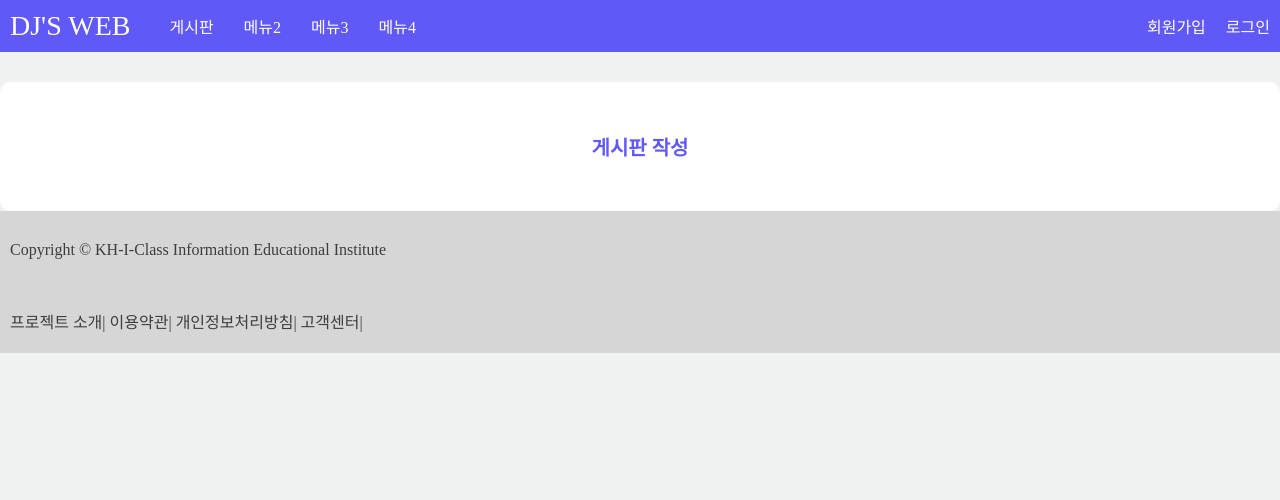
Repository: Godzilla-Man/codingStudy
Page: http://localhost/server_06_notice/notice/writeFrm
These files come from the project's save history. The page is drawn as it stood at one moment and after the next save; the edit follows.
The browser window is 1280 px wide. The pictures show the whole page.
Some web fonts or font styles are not loaded; a fallback is used. The page is served by Tomcat 9. Other server files are loaded and not shown.

Above is the page before, as saved 2025-05-09 02:25:40.

### server_06_notice/src/main/webapp/WEB-INF/views/notice/writeFrm.jsp
<%@ page language="java" contentType="text/html; charset=UTF-8"
    pageEncoding="UTF-8"%>
<!DOCTYPE html>
<html>
<head>
<meta charset="UTF-8">
<title>Insert title here</title>
</head>
<body>
	<div class="wrap">
		<jsp:include page="/WEB-INF/views/common/header.jsp"></jsp:include>
		<main class="content notice-write-container">
			<section class="section notice-write-wrap">
				<div class="page-title">게시판 작성</div>
				<form action="/notice/write"
					  method="post" <%-- 첨부파일 업로드 시, method는 무조건 post로 지정하고, enctype은 multipart로 지정해야 함. --%>
					  enctype="multipart/form-data">
			  	</form>
			</section>
		<jsp:include page="/WEB-INF/views/common/footer.jsp"></jsp:include>
		</main>
	</div>
</body>
</html>

### server_06_notice/src/main/webapp/WEB-INF/views/common/header.jsp
<%@ page language="java" contentType="text/html; charset=UTF-8"
    pageEncoding="UTF-8"%>
<%@ taglib uri="http://java.sun.com/jsp/jstl/core" prefix="c" %>
<link rel="stylesheet" href="/resources/css/default.css">
<link href="https://fonts.googleapis.com/icon?family=Material+Icons" rel="stylesheet">
<script src="https://code.jquery.com/jquery-3.7.1.min.js"></script>
<script src="/resources/js/sweetalert.min.js"></script>

<header class="header">
	<div>
		<div class="logo">
			<a href="/">DJ'S WEB</a>
		</div>
		<nav class="nav">
			<ul>
				<li>
					<a href="/notice/getList?reqPage=1">게시판</a>
				</li>
				<li>
					<a href="#">메뉴2</a>
				</li>
				<li>
					<a href="#">메뉴3</a>
				</li>
				<li>
					<a href="#">메뉴4</a>
				</li>
			</ul>
		</nav>
		<ul class="user-menu">
			<%-- 세션에 로그인 회원 정보 등록 여부에 따라 다른 메뉴 출력 --%>
			<c:choose>
				<c:when test="${empty sessionScope.loginMember}">
					<li>
						<a href="/member/joinFrm">회원가입</a>
					</li>
					<li>
						<a href="/member/loginFrm">로그인</a>
					</li>
				</c:when>
				<c:otherwise>
					<li>
						<a href="/member/myPage">마이페이지</a>
					</li>
					<li>
						<a href="/member/logout">로그아웃</a>
					</li>
				</c:otherwise>
			</c:choose>
		</ul>
	</div>
</header>

### server_06_notice/src/main/webapp/WEB-INF/views/common/footer.jsp
<%@ page language="java" contentType="text/html; charset=UTF-8"
    pageEncoding="UTF-8"%>
<footer class="footer">
	<div>
		<p>Copyright &copy; KH-I-Class Information Educational Institute</p>
	</div>
	<div>
		<a href="#">프로젝트 소개</a><span>|</span>
		<a href="#">이용약관</a><span>|</span>
		<a href="#">개인정보처리방침</a><span>|</span>
		<a href="#">고객센터</a><span>|</span>
	</div>
</footer>

### server_06_notice/src/main/java/kr/or/iei/notice/controller/WriteFrmServlet.java
package kr.or.iei.notice.controller;

import java.io.IOException;

import javax.servlet.RequestDispatcher;
import javax.servlet.ServletException;
import javax.servlet.annotation.WebServlet;
import javax.servlet.http.HttpServlet;
import javax.servlet.http.HttpServletRequest;
import javax.servlet.http.HttpServletResponse;

/**
 * Servlet implementation class WriteFrmServlet
 */
@WebServlet("/notice/writeFrm")
public class WriteFrmServlet extends HttpServlet {
	private static final long serialVersionUID = 1L;

    /**
     * @see HttpServlet#HttpServlet()
     */
    public WriteFrmServlet() {
        super();
        // TODO Auto-generated constructor stub
    }

	/**
	 * @see HttpServlet#doGet(HttpServletRequest request, HttpServletResponse response)
	 */
	protected void doGet(HttpServletRequest request, HttpServletResponse response) throws ServletException, IOException {
		//1. 인코딩 - 필터
		//2. 값 추출
		//3. 로직
		//4. 결과 처리
		//4.1 이동할 페이지 경로 지정
		RequestDispatcher view = request.getRequestDispatcher("/WEB-INF/views/notice/writeFrm.jsp");
		//4.2 화면 구현에 필요한 데이터 등록
		//4.3 페이지 이동
		view.forward(request, response);
	}

	/**
	 * @see HttpServlet#doPost(HttpServletRequest request, HttpServletResponse response)
	 */
	protected void doPost(HttpServletRequest request, HttpServletResponse response) throws ServletException, IOException {
		// TODO Auto-generated method stub
		doGet(request, response);
	}

}

### server_06_notice/src/main/webapp/resources/css/default.css


:root {
  /*main color*/
  --main1: #3d3d3d;
  --main2: #6059f7;
  --main3: #6592fe;
  --main4: #36c3fe;
  --main5: #8c61ff;
  /*box-bg*/
  --box-bg: #f0f1f1;
  /*gray*/
  --gray1: #222222;
  --gray2: #555555;
  --gray3: #717171;
  --gray4: #8f8f8f;
  --gray5: #b7b7b7;
  --gray6: #d6d6d6;
  --gray7: #efefef;
  --gray8: #ffffff;

  /*line-color*/
  --line1: #222222;
  --line2: #d6d6d6;
  --line3: #eaeced;
  --line4: #f6f6f6;
  --line5: #f8f9fa;
}
@font-face {
  font-family: ns-l;
  src: url(/resources/resources/font/NotoSansKR-Light.ttf);
}
@font-face {
  font-family: ns-r;
  src: url(/resources/font/NotoSansKR-Regular.ttf);
}
@font-face {
  font-family: ns-b;
  src: url(/resources/font/NotoSansKR-Bold.ttf);
}
@font-face {
  font-family: ns-black;
  src: url(/resources/font/NotoSansKR-Black.ttf);
}
* {
  margin: 0;
  padding: 0;
  outline: 20;
  font-family: ns-r;
  list-style-type: none;
  color : var(--main1);
}
a {
  text-decoration: none;
}
.wrap {
  min-height: 100vh;
  display: flex;
  flex-direction: column;
  min-width: 800px;
  position: relative;
  background-color: var(--box-bg);
}

.header {
  background-color: var(--main2);
  width: 100%;
  position: sticky;
  top: 0;
  z-index:1;
}
.header > div {
  padding: 10px;
  max-width: 1400px;
  margin: 0 auto;
  display: flex;
  align-items: center;
}
.header a {
  color: var(--gray8);
}
.logo {
  margin-right: 24px;
}
.logo > a {
  font-family: ns-black;
  font-size: 28px;
}
.nav {
  flex: 1;

}
.nav > ul {
  display: flex;
  align-items: center;
}
.nav > ul > li {
  margin: 0px 15px;
  position: relative;

}
.nav a,
.user-menu a {
  transition-duration: 0.3s;
}

.nav a:hover,
.user-menu a:hover {
  color: var(--gray1);
}

.nav .sub-menu {
  display: none;
  position: absolute;
  width: 130px;
  background-color: #fff;
  border: 1px solid var(--main2);
  border-radius: 5px;
  left: 10px;
  z-index: 1;
}

.sub-menu > li > a {
  color: var(--main2);
  padding: 10px;
  display: block;
}
.nav > ul > li:hover > .sub-menu {
  display: block;
}
.sub-menu > li > a:hover {
  background-color: var(--main2);
  color: var(--gray8);
}
.user-menu {
  display: flex;
}
.user-menu > li {
  margin-left: 20px;
}

.content {
  width: 100%;
  max-width: 1400px;
  margin: 30px auto;
  flex: 1;

}
.page-title {
  font-weight : bold;
  padding: 30px;
  text-align: center;
  font-family: ns-b;
  font-size: 20px;
  color: var(--main2);
}
.footer {
  background-color: var(--gray6);
}
.footer > div {
  max-width: 1400px;
  padding: 20px 10px;
  margin: 0 auto;
}
.footer > div > p {
  margin: 10px 0px;
  font-family: ns-b;
  font-size: 16px;
}

section.section {
  padding: 20px;
  border-radius: 10px;
  background-color: var(--gray8);
}
section.section.bg-section {
  background-color: var(--box-bg);
}

[class^="btn-"] {
  cursor: pointer;
  font-size: 14px;
  padding: 9px 20px;
  border: none;
  border-radius: 5px;
  font-family: ns-b;
}
.btn-primary {
  border: 1px solid var(--main3);
  background-color: var(--main3);
  color: var(--gray8);
}
.btn-primary:hover {
  background-color: rgba(101, 146, 254, 0.9);
}
.btn-secondary {
  border: 1px solid var(--gray4);
  background-color: var(--gray4);
  color: var(--gray8);
}
.btn-secondary:hover {
  background-color: rgba(143, 143, 143, 0.9);
}
.btn-point {
  border: 1px solid var(--main5);
  background-color: var(--main5);
  color: var(--gray8);
}
.btn-point:hover {
  background-color: rgba(140, 97, 255, 0.9);
}
.btn-primary.outline {
  color: var(--main3);
  background-color: var(--gray8);
}
.btn-primary.outline:hover {
  background-color: rgba(101, 146, 254, 0.2);
}
.btn-secondary.outline {
  color: var(--gray4);
  background-color: var(--gray8);
}
.btn-secondary.outline:hover {
  background-color: rgba(143, 143, 143, 0.2);
}
.btn-point.outline {
  color: var(--main5);
  background-color: var(--gray8);
}
.btn-point.outline:hover {
  background-color: rgba(140, 97, 255, 0.2);
}
[class^="btn-"].sm {
  padding: 5px 10px;
  font-family: ns-r;
  font-size: 12px;
}
[class^="btn-"].md {
  padding: 7px 15px;
  font-size: 14px;
  border-radius: 20px;
}
[class^="btn-"].lg {
  padding: 12px 25px;
  font-size: 16px;
  border-radius: 25px;
}

.tbl {
  border-top: 1px solid var(--main3);
  width: 100%;
  border-spacing: 0;
}
.tbl th,
.tbl td {
  text-align: center;
  border-bottom: 1px solid var(--line2);
  padding: 10px 20px;
}
.tbl th.left,
.tbl td.left {
  text-align: left;
}
.tbl th {
  background-color: rgba(101, 146, 254, 0.2);
}
.tbl.tbl-hover tbody > tr:hover {
  cursor: pointer;
  background-color: rgba(101, 146, 254, 0.1);
}
.input-wrap {
  display: flex;
  flex-direction: column;
}
.input-wrap > .input-title {
  margin-bottom: 10px;
  font-size: 16px;
  font-weight: bold;
  line-height: 1.5;
}
.input-item {
  display: flex;
  gap: 10px;
}
.input-item > input {
  flex: 1;
  font-size: 16px;
  line-height: 1.5;
  border: none;
  border-bottom: 1px solid var(--gray5);
  padding: 8px 0px;
}
.input-item + .input-msg {
  position: relative;
  margin-top: 8px;
  padding-left: 24px;
  color: var(--gray3);
  font-size: 14px;
  line-height: 1.5;
}
.input-item + .input-msg::before {
  content: "";
  display: block;
  position: absolute;
  left: 0;
  top: 0;
  bottom: 0;
  width: 20px;
  background: url(/resources/images/icon_info.svg) no-repeat center / contain;
}
.input-item + .input-msg.valid {
  color: #1065dc;
}
.input-item + .input-msg.valid::before {
  background: url(/resources/images/icon_info_success.svg) no-repeat center / contain;
}
.input-item + .input-msg.invalid {
  color: #ff3d00;
}
.input-item + .input-msg.invalid::before {
  background: url(/resources/images/icon_info_warning.svg) no-repeat center / contain;
}

.input-item > textarea {
  width: 100%;
  height: 156px;
  padding: 15px;
  resize: none;
  font-size: 16px;
  line-height: 24px;
  border: 1px solid var(--line2);
}

.input-wrap > input[type="checkbox"] {
  display: none;
}
.input-wrap > input[type="checkbox"] + label {
  position: relative;
  display: block;
  flex-grow: 1;
  padding: 8px 0 8px 30px;
  cursor: pointer;
}
.input-wrap > input[type="checkbox"] + label::before {
  content: "";
  display: block;
  position: absolute;
  left: 0;
  top: 8px;
  width: 24px;
  height: 24px;
  color: var(--main3);
  border-radius: 50%;
  background: url(/resources/images/icon_check.png) no-repeat center / 20px;
}
.input-wrap > input[type="checkbox"]:checked + label::before {
  background: url(/resources/images/icon_check_active.png) no-repeat center / 20px;
}

.input-wrap > input[type="radio"] {
  display: none;
}
.input-wrap > input[type="radio"] + label {
  position: relative;
  display: block;
  flex-grow: 1;
  padding: 8px 0 8px 30px;
  cursor: pointer;
}
.input-wrap > input[type="radio"] + label::before {
  content: "";
  display: block;
  position: absolute;
  left: 0;
  top: 8px;
  width: 24px;
  height: 24px;
  color: var(--main3);
  border-radius: 50%;
  background: url(/resources/images/icon_check.png) no-repeat center / 20px;
}
.input-wrap > input[type="radio"]:checked + label::before {
  background: url(/resources/images/icon_check_active.png) no-repeat center / 20px;
}
.select {
  flex: 1;
  position: relative;
  border: 1px solid var(--line2);
  border-radius: 5px;
  background: #fff url(/resources/images/icon_arrow_down.svg) no-repeat right 12px center / 12px;
  overflow: hidden;
}
.select > select {
  width: 100%;
  padding: 8px 12px;
  font-size: 16px;
  line-height: 1.5;
  cursor: pointer;
  appearance: none;
  background-color: transparent;
  border: 0;
}
.modal-bg {
  background-color: rgba(0, 0, 0, 0.4);
  position: fixed;
  width: 100vw;
  height: 100vh;
  top: 0;
  left: 0;
  display: none;
  justify-content: center;
  align-items: center;
}
.modal-bg.open {
  display: flex;
}
.modal-container {
  background-color: var(--gray8);
  padding: 40px 20px;
  width: 500px;
  display: flex;
  flex-direction: column;
  border-radius: 10px;
  gap: 20px;
  box-sizing: border-box;
  position: relative;
}
.modal-title {
  font-size: 20px;
  font-family: ns-b;
  line-height: 30px;
  text-align: center;
}
.modal-main {
  flex: 1;
  overflow-y: auto;
  padding: 0px 30px;
}
.modal-content {
  max-height: 200px;
}
.modal-btn-area {
  display: flex;
  gap: 13px;
  justify-content: center;
}
.modal-close-btn {
  position: absolute;
  top: 20px;
  right: 20px;
  font-size: 30px;
  cursor: pointer;
}

.posting-wrap{
	overflow: hidden;
	padding: 10px;
}
.posting-wrap>.posting-item{
	box-sizing: border-box;
	width : 335px;
	float: left;
	padding : 30px

}
.posting-item>a{
	display : block;
}
.posting-item:hover{
	box-shadow: 0 2px 10px 0 rgba(0, 0, 0, 0.2);
}
.posting-img{
	height: 200px;
}
.posting-img>img{
	width:100%;
	height:100%;
	object-fit:contain;
}
.posting-info{
	margin: 10px auto;
	width: 75%
}
.posting-title{
	font-size : 18px;
	font-family : ns-b;
	white-space: nowrap;
	overflow: hidden;
	text-overflow: ellipsis;
}

.pagination {
  list-style-type: none;
  display: flex;
  justify-content: center;
  align-items: center;
}
.posting-sub-info{
	margin : 10px 0px;
	display: flex;
	justify-content: space-between;
}
.posting-sub-info>span{
	font-size: 14px;
	font-family: ns-b;
}

.pagination > li {
  width: 40px;
  height: 40px;
  text-align: center;
  line-height: 40px;
  overflow: hidden;
}
.pagination.circle-style > li {
  border-radius: 50%;
}
.pagination > li > a.page-item {
  display: block;
  width: 100%;
  height: 100%;
  font-size: 18px;
}
.pagination > li > a.page-item > span.material-icons {
  display: block;
  width: 100%;
  height: 100%;
  line-height: 40px;
}
.pagination .page-item.active-page {
  background-color: var(--main2);
  color: #fff;
}

Loaded but not shown: server_06_notice/src/main/webapp/resources/js/sweetalert.min.js (library)

After the next save:
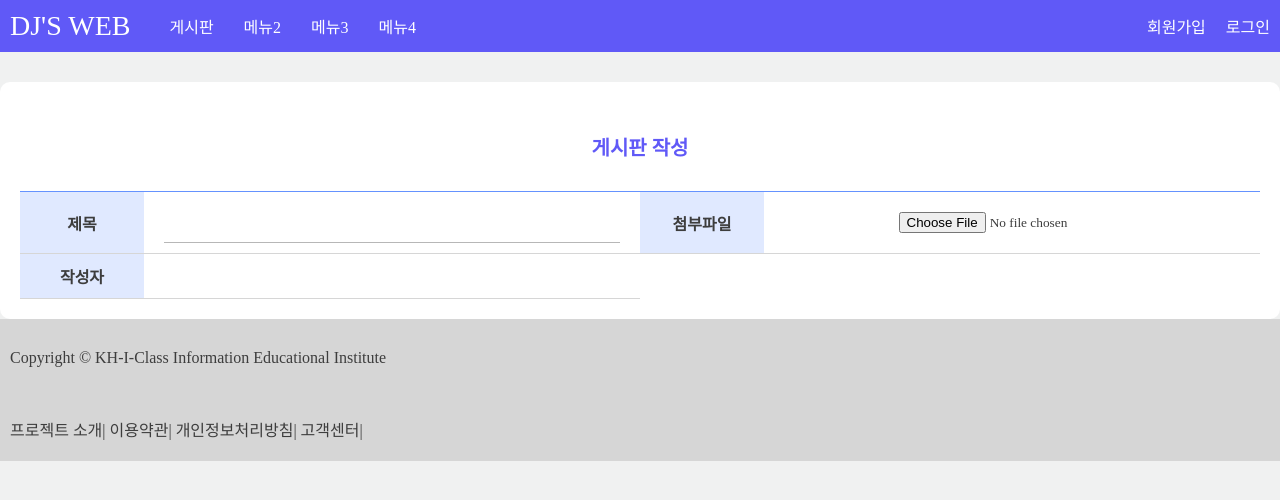
Saved 2 min 42 s later.
--- a/server_06_notice/src/main/webapp/WEB-INF/views/notice/writeFrm.jsp
+++ b/server_06_notice/src/main/webapp/WEB-INF/views/notice/writeFrm.jsp
@@ -15,6 +15,27 @@
 				<form action="/notice/write"
 					  method="post" <%-- 첨부파일 업로드 시, method는 무조건 post로 지정하고, enctype은 multipart로 지정해야 함. --%>
 					  enctype="multipart/form-data">
+
+					  <table class="tbl">
+					  	<tr>
+					  		<th style="width: 10%;">제목</th>
+					  		<td style="width: 40%;">
+					  			<div class="input-item">
+					  				<input type="text" name="noticeTitle">
+					  			</div>
+					  		</td>
+					  		<th style="width:10%;">첨부파일</th>
+					  		<td style="width:40%;">
+					  			<input type="file" name="uploadFile">
+					  		</td>
+					  	</tr>
+					  	<tr>
+					  		<th style="width:10%;">작성자</th>
+					  		<td style="width:40%;">
+					  			<span>${loginMember.memberId}</span>
+					  		</td>
+					  	</tr>
+					  </table>
 			  	</form>
 			</section>
 		<jsp:include page="/WEB-INF/views/common/footer.jsp"></jsp:include>
